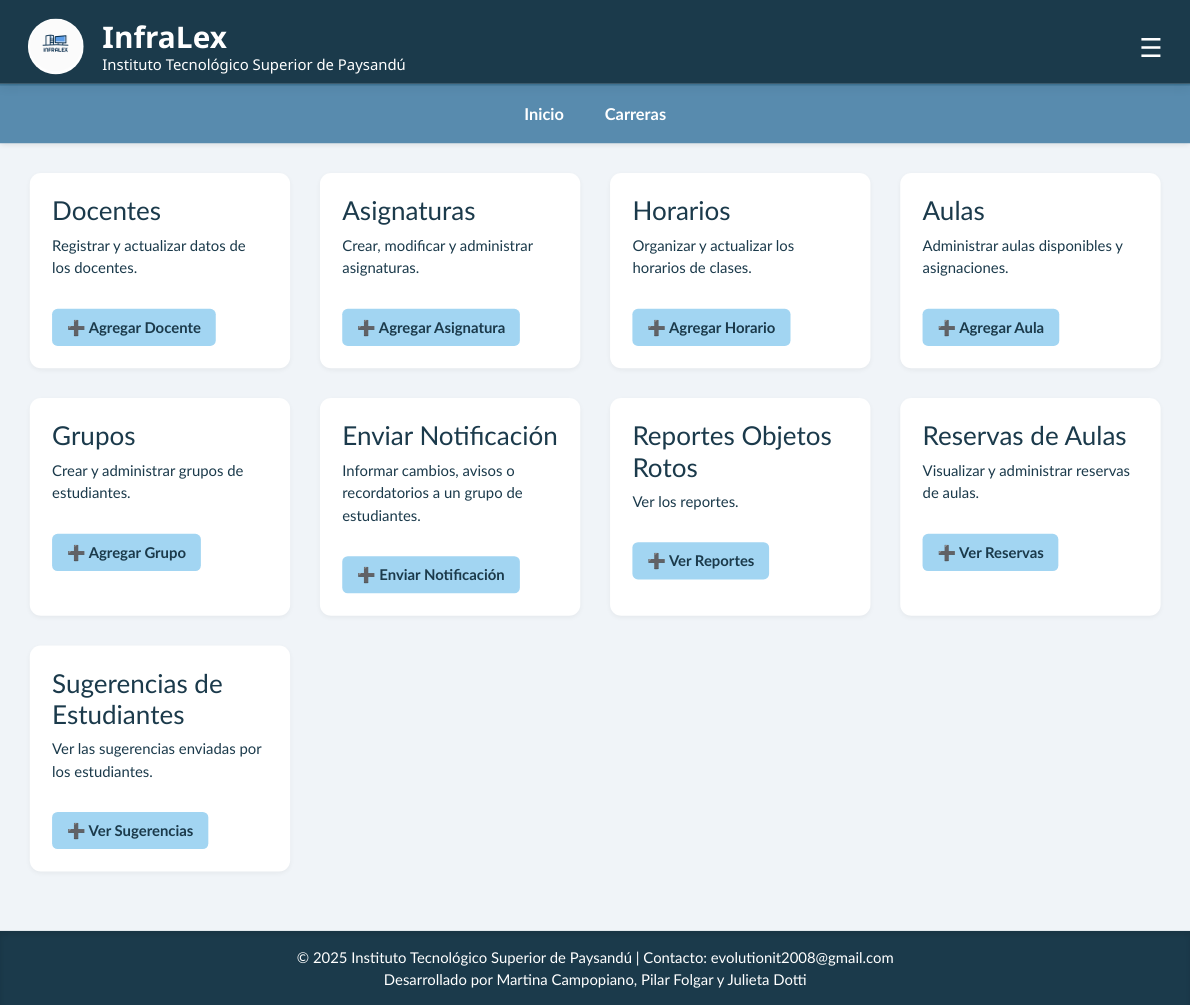
Repository: pilarfolgar/PROYECTO-2025
Page: http://localhost/PROYECTO-2025/indexadministrativo.php
These files come from the project's save history. The page is drawn as it stood at one moment and after the next save; the edit follows.
The browser window is 1280 px wide. The pictures show the whole page, at 93% of full size.
The page is run by PHP 8.4 with error messages shown; the project is at /var/www/html/. Queries for data that is not in the repository find no rows.

Above is the page before, as saved 2025-10-16 10:04:33.

### header.php
<?php
require_once("conexion.php"); // Incluye conexión solo una vez

// Obtener rol del usuario si está logeado
$inicio_url = "index.php"; // Valor por defecto
if (isset($_SESSION['cedula'])) {
    $cedula = $_SESSION['cedula'];
    $con = conectar_bd();
    $sql = "SELECT rol FROM usuario WHERE cedula = '".$con->real_escape_string($cedula)."' LIMIT 1";
    $res = $con->query($sql);
    if ($res && $res->num_rows > 0) {
        $row = $res->fetch_assoc();
        if ($row['rol'] === 'estudiante') {
            $inicio_url = "indexestudiante.php";
        } elseif ($row['rol'] === 'docente') {
            $inicio_url = "indexdocente.php";
        }
    }
}
?>

<!-- HEADER -->
<header style="display:flex;justify-content:space-between;align-items:center;background:#1B3A4B;color:white;padding:20px 30px;position:relative; height:90px;">
  <div style="display:flex;align-items:center;gap:20px;">
    <!-- Logo redondo -->
    <img src="imagenes/logopoyecto.png" alt="Logo" style="height:60px;width:60px;border-radius:50%;">
    <!-- Título -->
    <div>
      <h1 style="margin:0;font-size:32px;font-family:'Segoe UI',sans-serif;font-weight:bold;">InfraLex</h1>
      <h6 style="margin:0;font-size:16px;font-family:'Segoe UI',sans-serif;font-weight:normal;">Instituto Tecnológico Superior de Paysandú</h6>
    </div>
  </div>
  <div style="display:flex;align-items:center;gap:15px;position:relative;">
    <!-- Botón menú desplegable -->
    <button id="menuBtn" style="font-size:28px;background:none;border:none;color:white;cursor:pointer;">☰</button>
  </div>
</header>

<!-- NAV ABAJO -->
<nav style="display:flex;justify-content:center;gap:20px;background:#588BAE;padding:12px;border-top:2px solid #417899;">
  <a href="<?= $inicio_url ?>" style="color:white;text-decoration:none;padding:6px 12px;">Inicio</a>
  <a href="" style="color:white;text-decoration:none;padding:6px 12px;">Carreras</a>
</nav>

<!-- MENÚ DESPLEGABLE -->
<div id="menu" style="display:none;position:absolute;top:90px;right:30px;background:#417899;padding:12px;border-radius:8px;flex-direction:column;">
  <a href="logout.php" style="color:white;text-decoration:none;padding:8px;display:block;">Log Out</a>
  <a href="perfil.php" style="color:white;text-decoration:none;padding:8px;display:block;">Mi Perfil</a>
</div>

<script>
  // Desplegar o cerrar menú
  const btnMenu = document.getElementById('menuBtn');
  const menu = document.getElementById('menu');
  btnMenu.onclick = () => menu.style.display = menu.style.display === 'flex' ? 'none' : 'flex';
</script>

Loaded but not shown: admin-script.js (57 lines, source omitted); style.css (937 lines, source omitted); conexion.php (29 lines, source omitted); footer.php (6 lines, source omitted); indexadministrativo.php (553 lines, source omitted)

After the next save:
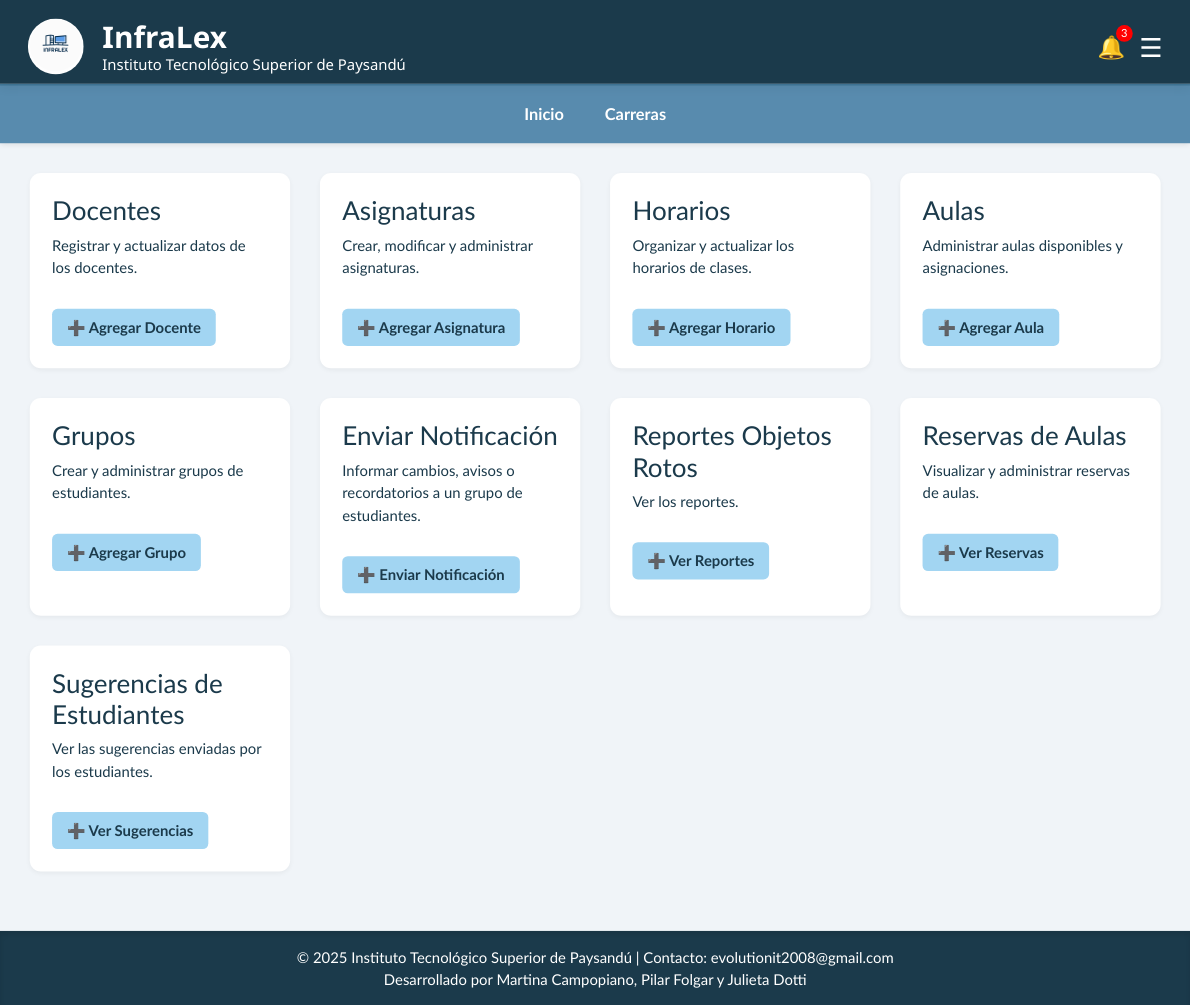
Saved 3 min 18 s later.
--- a/header.php
+++ b/header.php
@@ -1,24 +1,3 @@
-<?php
-require_once("conexion.php"); // Incluye conexión solo una vez
-
-// Obtener rol del usuario si está logeado
-$inicio_url = "index.php"; // Valor por defecto
-if (isset($_SESSION['cedula'])) {
-    $cedula = $_SESSION['cedula'];
-    $con = conectar_bd();
-    $sql = "SELECT rol FROM usuario WHERE cedula = '".$con->real_escape_string($cedula)."' LIMIT 1";
-    $res = $con->query($sql);
-    if ($res && $res->num_rows > 0) {
-        $row = $res->fetch_assoc();
-        if ($row['rol'] === 'estudiante') {
-            $inicio_url = "indexestudiante.php";
-        } elseif ($row['rol'] === 'docente') {
-            $inicio_url = "indexdocente.php";
-        }
-    }
-}
-?>
-
 <!-- HEADER -->
 <header style="display:flex;justify-content:space-between;align-items:center;background:#1B3A4B;color:white;padding:20px 30px;position:relative; height:90px;">
   <div style="display:flex;align-items:center;gap:20px;">
@@ -31,6 +10,11 @@
     </div>
   </div>
   <div style="display:flex;align-items:center;gap:15px;position:relative;">
+    <!-- Notificaciones neutras -->
+    <button id="notifBtn" style="background:none;border:none;color:#CCCCCC;font-size:24px;cursor:pointer;position:relative;">
+      🔔
+      <span id="notifCount" style="position:absolute;top:-5px;right:-8px;background:red;color:white;font-size:12px;width:18px;height:18px;border-radius:50%;display:flex;align-items:center;justify-content:center;">3</span>
+    </button>
     <!-- Botón menú desplegable -->
     <button id="menuBtn" style="font-size:28px;background:none;border:none;color:white;cursor:pointer;">☰</button>
   </div>
@@ -38,7 +22,7 @@
 
 <!-- NAV ABAJO -->
 <nav style="display:flex;justify-content:center;gap:20px;background:#588BAE;padding:12px;border-top:2px solid #417899;">
-  <a href="<?= $inicio_url ?>" style="color:white;text-decoration:none;padding:6px 12px;">Inicio</a>
+  <a href="index.php" style="color:white;text-decoration:none;padding:6px 12px;">Inicio</a>
   <a href="" style="color:white;text-decoration:none;padding:6px 12px;">Carreras</a>
 </nav>
 
@@ -48,9 +32,21 @@
   <a href="perfil.php" style="color:white;text-decoration:none;padding:8px;display:block;">Mi Perfil</a>
 </div>
 
+<!-- MENÚ DE NOTIFICACIONES -->
+<div id="notifMenu" style="display:none;position:absolute;top:90px;right:70px;background:#417899;padding:10px;border-radius:8px;flex-direction:column;min-width:200px;">
+  <div style="color:white;padding:5px 8px;border-bottom:1px solid #588BAE;">Nueva reserva aprobada</div>
+  <div style="color:white;padding:5px 8px;border-bottom:1px solid #588BAE;">Tarea pendiente</div>
+  <div style="color:white;padding:5px 8px;">Mensaje del administrador</div>
+</div>
+
 <script>
   // Desplegar o cerrar menú
   const btnMenu = document.getElementById('menuBtn');
   const menu = document.getElementById('menu');
   btnMenu.onclick = () => menu.style.display = menu.style.display === 'flex' ? 'none' : 'flex';
+
+  // Desplegar o cerrar notificaciones
+  const btnNotif = document.getElementById('notifBtn');
+  const notifMenu = document.getElementById('notifMenu');
+  btnNotif.onclick = () => notifMenu.style.display = notifMenu.style.display === 'flex' ? 'none' : 'flex';
 </script>

After the save that followed:
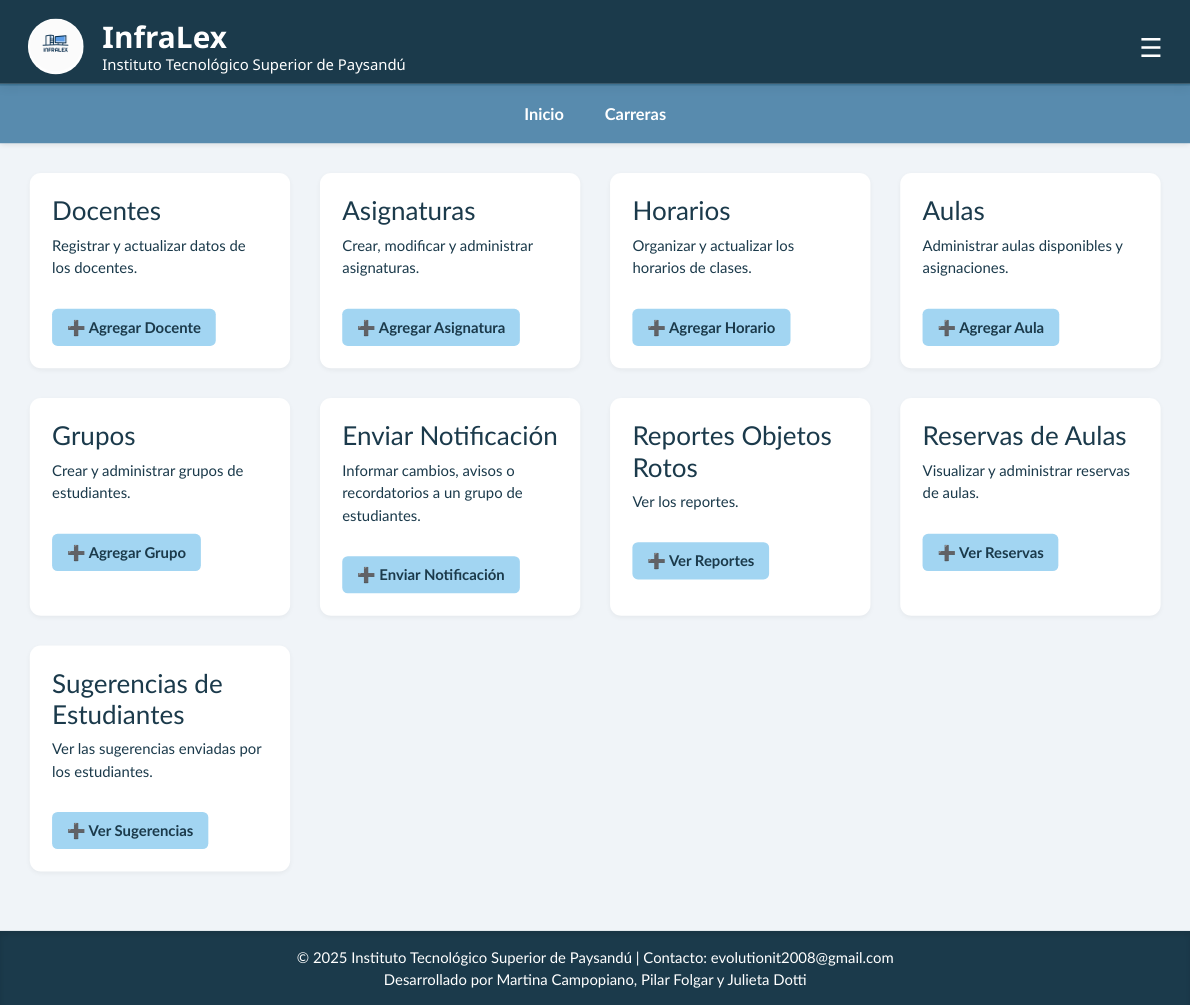
Saved 44 s later.
--- a/header.php
+++ b/header.php
@@ -10,11 +10,6 @@
     </div>
   </div>
   <div style="display:flex;align-items:center;gap:15px;position:relative;">
-    <!-- Notificaciones neutras -->
-    <button id="notifBtn" style="background:none;border:none;color:#CCCCCC;font-size:24px;cursor:pointer;position:relative;">
-      🔔
-      <span id="notifCount" style="position:absolute;top:-5px;right:-8px;background:red;color:white;font-size:12px;width:18px;height:18px;border-radius:50%;display:flex;align-items:center;justify-content:center;">3</span>
-    </button>
     <!-- Botón menú desplegable -->
     <button id="menuBtn" style="font-size:28px;background:none;border:none;color:white;cursor:pointer;">☰</button>
   </div>
@@ -32,21 +27,9 @@
   <a href="perfil.php" style="color:white;text-decoration:none;padding:8px;display:block;">Mi Perfil</a>
 </div>
 
-<!-- MENÚ DE NOTIFICACIONES -->
-<div id="notifMenu" style="display:none;position:absolute;top:90px;right:70px;background:#417899;padding:10px;border-radius:8px;flex-direction:column;min-width:200px;">
-  <div style="color:white;padding:5px 8px;border-bottom:1px solid #588BAE;">Nueva reserva aprobada</div>
-  <div style="color:white;padding:5px 8px;border-bottom:1px solid #588BAE;">Tarea pendiente</div>
-  <div style="color:white;padding:5px 8px;">Mensaje del administrador</div>
-</div>
-
 <script>
   // Desplegar o cerrar menú
   const btnMenu = document.getElementById('menuBtn');
   const menu = document.getElementById('menu');
   btnMenu.onclick = () => menu.style.display = menu.style.display === 'flex' ? 'none' : 'flex';
-
-  // Desplegar o cerrar notificaciones
-  const btnNotif = document.getElementById('notifBtn');
-  const notifMenu = document.getElementById('notifMenu');
-  btnNotif.onclick = () => notifMenu.style.display = notifMenu.style.display === 'flex' ? 'none' : 'flex';
 </script>
